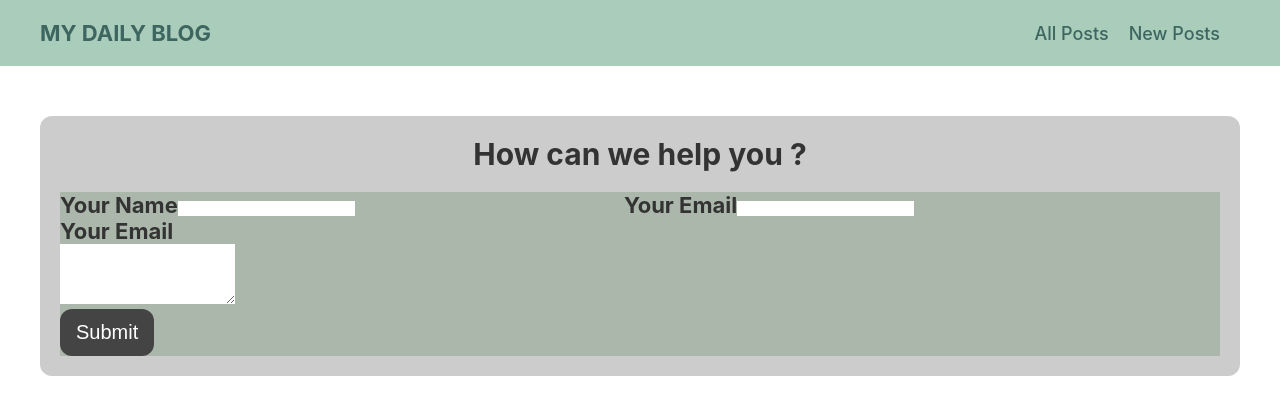
Repository: lyvandat/post-project-nextjs
Page: /new-post
These files come from the project's save history. The page is drawn as it stood at one moment and after the next save; the edit follows.
The browser window is 1280 px wide. The pictures show the whole page.
The project was rebuilt for these pictures with package versions that can differ from the ones it lists, and the page was loaded fresh each time. The framework's server and built-in components were replaced by stand-ins that run in the browser. Also part of the build but not shown: next.config.js.

Above is the page before, as saved 2022-09-26 18:36:50.

### pages/_app.tsx
import "../styles/globals.css";
import type { AppProps } from "next/app";
import Layout from "../components/layout/Layout";

function MyApp({ Component, pageProps }: AppProps) {
  return (
    <Layout>
      <Component {...pageProps} />
    </Layout>
  );
}

export default MyApp;

### pages/new-post.tsx
import NewPost from "../components/posts/NewPost";
const NewPostPage: React.FC = (props) => {
  return <NewPost />;
};

export default NewPostPage;

### styles/globals.css
:root {
  --background-green: #aacdbb;
  --light-green: #abb7ab;
  --medium-green: #8b9874;
  --high-green: #3e6660;
}

html,
body {
  color: var(--medium-green);
  padding: 0;
  margin: 0;
  font-family: -apple-system, BlinkMacSystemFont, Segoe UI, Roboto, Oxygen,
    Ubuntu, Cantarell, Fira Sans, Droid Sans, Helvetica Neue, sans-serif;
}

html {
  font-size: 62.5%;
}

body {
  font-size: 1.6rem;
}

a {
  color: inherit;
  text-decoration: none;
}

* {
  box-sizing: border-box;
  margin: 0;
  border: 0;
  padding: 0;
}

ul {
  padding-left: 0;
  list-style: none;
}

button {
  outline: none;
}

img {
  display: block;
  max-width: 100%;
}

.container {
  max-width: 1200px;
  width: 100%;
  margin-left: auto;
  margin-right: auto;
}

.container > h2 {
  text-align: center;
  color: white;
  opacity: 0.66;
  margin-bottom: 40px;
  margin-top: 10px;
  padding-top: 30px;
  font-size: 2.8rem;
  font-weight: 600;
  text-transform: capitalize;
}

.padding-section {
  padding-top: 50px;
  padding-bottom: 30px;
}

### components/layout/Layout.tsx
import React from "react";
import classes from "./Layout.module.css";
import MainNavigation from "./MainNavigation";

const Layout: React.FC<{ children: React.ReactNode }> = (props) => {
  return (
    <React.Fragment>
      <MainNavigation></MainNavigation>
      <main className={classes.main}>{props.children}</main>
    </React.Fragment>
  );
};

export default Layout;

### components/posts/NewPost.tsx
import classes from "./NewPost.module.css";

const NewPost: React.FC = (props) => {
  return (
    <section className={`${classes.contact} container`}>
      <h1> How can we help you ?</h1>
      <form className={classes.form}>
        <div className={classes.controls}>
          <div className={classes.control}>
            <label htmlFor="name">Your Name</label>
            <input id="name" type="text"></input>
          </div>
          <div className={classes.control}>
            <label htmlFor="email">Your Email</label>
            <input id="email" type="text"></input>
          </div>
        </div>
        <div className={classes.text}>
          <label htmlFor="feedback">Your Email</label>
          <textarea id="feedback" rows={4}></textarea>
        </div>
        <div className={classes.actions}>
          <button type="submit">Submit</button>
        </div>
      </form>
    </section>
  );
};

export default NewPost;

### components/layout/Layout.module.css
.main {
  width: 100%;
  margin-left: auto;
  margin-right: auto;
}

### components/layout/MainNavigation.tsx
import classes from "./MainNavigation.module.css";
import Link from "next/link";

const MainNavigation: React.FC = (props) => {
  return (
    <header className={classes["main-header"]}>
      <div className={classes.container}>
        <Link href="/">
          <a>
            <h2>My Daily Blog</h2>
          </a>
        </Link>
        <nav>
          <ul>
            <li>
              <Link href="/all-posts">All Posts</Link>
            </li>
            <li>
              <Link href="/new-post">New Posts</Link>
            </li>
          </ul>
        </nav>
      </div>
    </header>
  );
};

export default MainNavigation;

### components/posts/NewPost.module.css
.contact {
  background-color: #ccc;
  border-radius: 12px;
  padding: 20px;
  color: #333;
  font-size: 2.2rem;
  font-weight: bold;
  margin-top: 50px;
}

.contact h1 {
  font-size: 3rem;
  text-align: center;
  margin-bottom: 20px;
}

.form {
  background-color: var(--light-green);
}

.controls {
  display: flex;
  flex-flow: row nowrap;
}

.control {
  width: calc(50% - 16px);
}

.text label {
  display: block;
}

.actions {
  margin-left: auto;
}

.actions button {
  font-size: 2rem;
  background-color: #444;
  color: #fff;
  padding: 12px 16px;
  border-radius: 12px;
}

.actions button:hover {
  background-color: #222;
}

### components/layout/MainNavigation.module.css
.main-header {
  background-color: var(--background-green);
  padding: 20px;
}

.container {
  color: var(--high-green);
  width: 100%;
  max-width: 1200px;
  display: flex;
  justify-content: space-between;
  align-items: center;
  margin: 0 auto;
}

.container h2 {
  font-size: 22px;
  font-weight: 700;
  text-transform: uppercase;
}

.container nav {
}

.container ul {
  display: flex;
  justify-content: flex-start;
}

.container li {
  margin-right: 20px;
}

.container a {
  font-weight: 600;
  font-size: 18px;
  font-weight: 500;
}

After the next save:
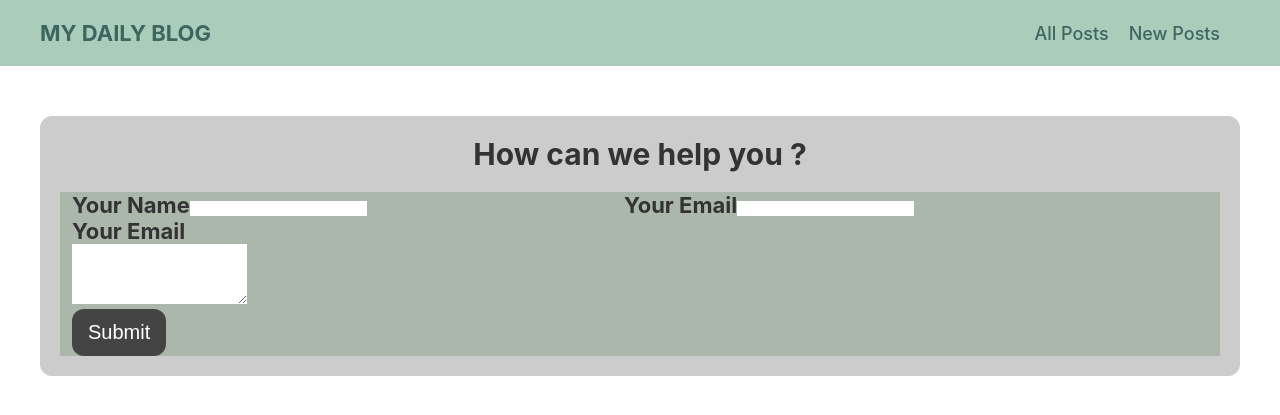
Saved 39 s later.
--- a/components/posts/NewPost.module.css
+++ b/components/posts/NewPost.module.css
@@ -15,6 +15,7 @@
 }
 
 .form {
+  padding: 0 12px;
   background-color: var(--light-green);
 }
 
